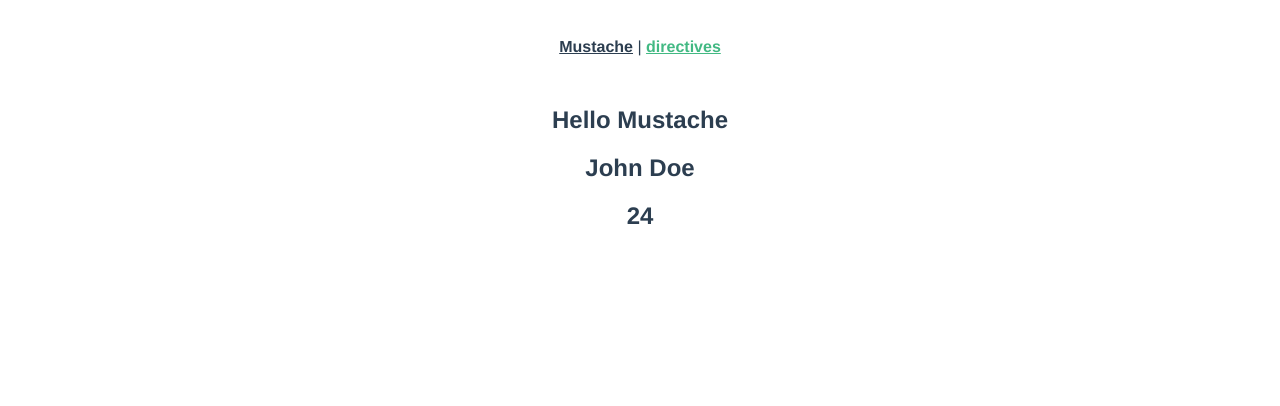
Repository: yeyanghui0616/my-vue2-learning
Page: /directives
An editor plug-in stored every save of this project. The page is shown before and after the next save, followed by the edit.
The browser window is 1280 px wide. The pictures show the whole page.
The project was rebuilt for these pictures with package versions that can differ from the ones it lists, and the page was loaded fresh each time. Also part of the build but not shown: src/views/Mustache.vue.

Above is the page before, as saved 2023-08-30 21:18:05.

After the next save:
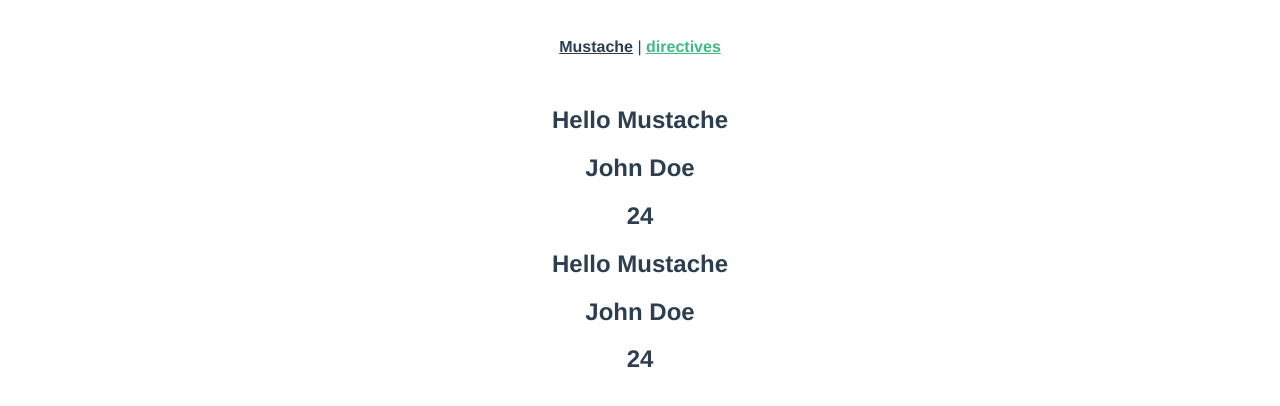
Saved 10 s later.
--- a/src/views/directives.vue
+++ b/src/views/directives.vue
@@ -1,5 +1,9 @@
 <template>
 	<div>
+		<!-- TODO Mustache -->
+		<h2>Hello {{ name }}</h2>
+		<h2>{{ firstName }} {{ lastName }}</h2>
+		<h2>{{ counter * 2 }}</h2>
 		<!-- TODO Mustache -->
 		<h2>Hello {{ name }}</h2>
 		<h2>{{ firstName }} {{ lastName }}</h2>
